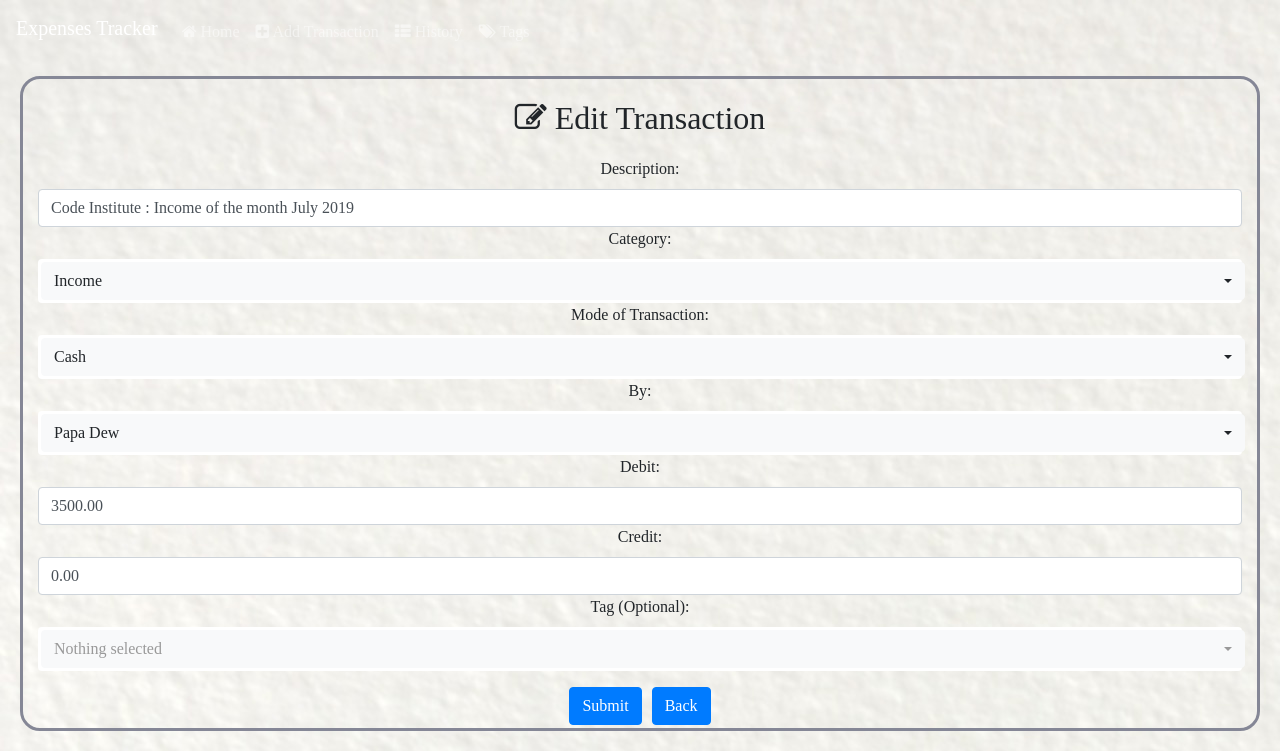
Repository: yucheng91/CI3-expenses-manager
Page: http://localhost/view-all/edit/1
The author's editor kept a record of every edit. The page is drawn from the files as they stood at one moment, then again after the next edit.
The browser window is 1280 px wide. The pictures show the whole page.
Some web fonts or font styles are not loaded; a fallback is used. Some web libraries are served in a nearby version. The page is served by the project's application, run on Flask 3 (app.py). The database holds what the project's SQL file puts in it.

Above is the page before.

### templates/edit_transaction.html
<!doctype html>
<html lang="en">

<head>
  <!-- Required meta tags -->
  <meta charset="utf-8">
  <meta name="viewport" content="width=device-width, initial-scale=1, shrink-to-fit=no">

  <!-- Bootstrap CSS -->
  <link rel="stylesheet" href="https://stackpath.bootstrapcdn.com/bootstrap/4.3.1/css/bootstrap.min.css" integrity="sha384-ggOyR0iXCbMQv3Xipma34MD+dH/1fQ784/j6cY/iJTQUOhcWr7x9JvoRxT2MZw1T" crossorigin="anonymous">
  <!-- Latest compiled and minified CSS -->
  <link rel="stylesheet" href="https://cdnjs.cloudflare.com/ajax/libs/font-awesome/4.7.0/css/font-awesome.css">
  <link rel="stylesheet" href="https://cdn.jsdelivr.net/npm/bootstrap-select@1.13.10/dist/css/bootstrap-select.min.css">
  <link rel="stylesheet" href="{{ url_for('static', filename='css/style.css') }}">
  <link rel='shortcut icon' href="{{ url_for('static', filename='favicon_io/favicon.ico') }}" type='image/x-icon' />
  <link href="https://fonts.googleapis.com/css?family=Gaegu&display=swap" rel="stylesheet">

  <title>Hello, world!</title>
</head>

<body>
    <!--nav bar-->
    <nav class="navbar navbar-expand-sm navbar-dark fixed-top">
    <h1 class="navbar-brand">Expenses Tracker</h1>
  <button class="navbar-toggler" type="button" data-toggle="collapse" data-target="#navbarNav" aria-controls="navbarNav" aria-expanded="false" aria-label="Toggle navigation">
    <span class="navbar-toggler-icon"></span>
  </button>
  <div class="collapse navbar-collapse" id="navbarNav">
    <ul class="navbar-nav">
      <li class="nav-item">
        <a class="nav-link" href="{{ url_for('home') }}"><i class="fa fa-home" aria-hidden="true"></i> Home</a>
      </li>
      <li class="nav-item">
        <a class="nav-link" href="{{ url_for('addtransaction') }}"><i class="fa fa-plus-square" aria-hidden="true"></i> Add Transaction</a>
      </li>
      <li class="nav-item">
        <a class="nav-link" href="{{ url_for('viewall') }}"><i class="fa fa-th-list" aria-hidden="true"></i> History</a>
      </li>
      <li class="nav-item">
        <a class="nav-link" href="{{ url_for('tags') }}"><i class="fa fa-tags" aria-hidden="true"></i> Tags</a>
      </li>
    </ul>
  </div>
    </nav>
    <!--end nav-->

    <div id ="content">
  <div class="container-fluid">
    <div class="row">
      <div class="col">
          <div class="text-center header">
            <h1 class="h2 mb-0"><i class="fa fa-pencil-square-o" aria-hidden="true"></i> Edit Transaction</h1>
          </div>
      </div>
    </div>
    <div class="row">
      <div class="col">
    <form method='POST'>
      <class='form-group'>
        <label class='label'>
                      Description:
                  </label>
        <input type='text' class='form-control' name='transaction' value="{{ transaction['description'] }}">
        <label class='label'>
                      Category:
                  </label>
        <select name='category' class='form-control selectpicker' data-live-search="true">
                          {%for d in categories%}
                          <option value='{{ d['id'] }}' {%if d['id'] == transaction.categoriesid %} selected='selected'{%endif%}>{{ d['name'] }}</option>
                               {%endfor%}
                      </select>
        <label class='label'>
                      Mode of Transaction:
                  </label>
        <select name='mode' class='form-control selectpicker' data-live-search="true" value="{{ transaction['modeid'] }}">
                  {%for d in mode %}
                  <option value='{{ d['id'] }}' {%if d['id'] == transaction.modeid %} selected='selected'{%endif%}>{{ d['name'] }}</option>
                       {%endfor%}
              </select>
        <label class='label'>
                      By:
                  </label>
        <select name='by' class='form-control selectpicker' data-live-search="true" value="{{ transaction['accountid'] }}">
                  {%for d in account %}
                  <option value='{{ d['id'] }}' {%if d['id'] == transaction.accountid %} selected='selected'{%endif%}>{{ d['name'] }}</option>
                       {%endfor%}
              </select>
        <label class='label'>
                      Debit:
                  </label>
        <input type='number' step="0.01" class='form-control' name='debit' value="{{ transaction['debit'] }}" placeholder="Numbers only">
        </class>
        <label class='label'>
                      Credit:
                  </label>
        <input type='number' step="0.01" class='form-control' name='credit' value="{{ transaction['credit'] }}" placeholder="Numbers only">
        </class>
        <label class='tag'>
                      Tag (Optional):
                  </label>
        <select name='tag' class='form-control selectpicker' Multiple data-live-search="true">
                  {%for d in tag %}
                  <option value='{{ d['id'] }}' {%if d['id'] == id %}selected='selected'{%endif%}>{{ d['name'] }}</option>
                       {%endfor%}
              </select>
        <input type='submit' class='btn btn-primary mt-3'>
        <a class='btn btn-primary mt-3' href='{{url_for('viewall')}}'>Back</a>
    </form>
    </div>
    </div>
  </div>
</div>

  <!-- Optional JavaScript -->
  <!-- jQuery first, then Popper.js, then Bootstrap JS -->
  <script src="https://cdn.jsdelivr.net/npm/chart.js@2.8.0"></script>
  <script src="https://code.jquery.com/jquery-3.3.1.slim.min.js" integrity="sha384-q8i/X+965DzO0rT7abK41JStQIAqVgRVzpbzo5smXKp4YfRvH+8abtTE1Pi6jizo" crossorigin="anonymous"></script>
  <script src="https://cdnjs.cloudflare.com/ajax/libs/popper.js/1.14.7/umd/popper.min.js" integrity="sha384-UO2eT0CpHqdSJQ6hJty5KVphtPhzWj9WO1clHTMGa3JDZwrnQq4sF86dIHNDz0W1" crossorigin="anonymous"></script>
  <script src="https://stackpath.bootstrapcdn.com/bootstrap/4.3.1/js/bootstrap.min.js" integrity="sha384-JjSmVgyd0p3pXB1rRibZUAYoIIy6OrQ6VrjIEaFf/nJGzIxFDsf4x0xIM+B07jRM" crossorigin="anonymous"></script>
  <!-- Latest compiled and minified JavaScript -->
  <script src="https://cdn.jsdelivr.net/npm/bootstrap-select@1.13.10/dist/js/bootstrap-select.min.js"></script>
</body>

</html>

### app.py
from flask import Flask, render_template, request, redirect, url_for
import os
import pymysql

connection = pymysql.connect(
    host='localhost', # IP address of the database; localhost means "the local machine"
    user="yucheng91",  #the mysql user
    password="coconuty", #the password for the user
    database="expenses" #the name of database we want to use
)

#if PHP doesn't show, perform $ sudo apt-get install --reinstall libapache2-mod-php7.2

app = Flask(__name__)

@app.route('/home')
def home():
    cursor = connection.cursor(pymysql.cursors.DictCursor)
    sql = "SELECT SUM(debit) AS totaldebit FROM transaction"
    cursor.execute(sql)
    totaldebit = cursor.fetchone()

    sql = "SELECT SUM(credit) AS totalcredit FROM transaction"
    cursor.execute(sql)
    totalcredit = cursor.fetchone()

    sql = "SELECT (SELECT SUM(debit) AS sumdebit FROM transaction) - (SELECT SUM(credit) AS sumcredit FROM transaction) AS balance FROM transaction"
    cursor.execute(sql)
    balance = cursor.fetchone()

    cursor = connection.cursor(pymysql.cursors.DictCursor)
    sql = "SELECT aname AS name1 FROM account WHERE id = 1"
    cursor.execute(sql)
    name1 = cursor.fetchone()

    cursor = connection.cursor(pymysql.cursors.DictCursor)
    sql = "SELECT aname AS name2 FROM account WHERE id = 2"
    cursor.execute(sql)
    name2 = cursor.fetchone()

    cursor = connection.cursor(pymysql.cursors.DictCursor)
    sql = "SELECT aname AS name3 FROM account WHERE id = 3"
    cursor.execute(sql)
    name3 = cursor.fetchone()

    cursor = connection.cursor(pymysql.cursors.DictCursor)
    sql = "SELECT SUM(debit) AS debit1 FROM transaction WHERE accountid = 1"
    cursor.execute(sql)
    debit1 = cursor.fetchone()

    cursor = connection.cursor(pymysql.cursors.DictCursor)
    sql = "SELECT SUM(debit) AS debit2 FROM transaction WHERE accountid = 2"
    cursor.execute(sql)
    debit2 = cursor.fetchone()

    cursor = connection.cursor(pymysql.cursors.DictCursor)
    sql = "SELECT SUM(debit) AS debit3 FROM transaction WHERE accountid = 3"
    cursor.execute(sql)
    debit3 = cursor.fetchone()

    cursor = connection.cursor(pymysql.cursors.DictCursor)
    sql = "SELECT SUM(credit) AS credit1 FROM transaction WHERE accountid = 1"
    cursor.execute(sql)
    credit1 = cursor.fetchone()

    cursor = connection.cursor(pymysql.cursors.DictCursor)
    sql = "SELECT SUM(credit) AS credit2 FROM transaction WHERE accountid = 2"
    cursor.execute(sql)
    credit2 = cursor.fetchone()

    cursor = connection.cursor(pymysql.cursors.DictCursor)
    sql = "SELECT SUM(credit) AS credit3 FROM transaction WHERE accountid = 3"
    cursor.execute(sql)
    credit3 = cursor.fetchone()

    return render_template('index.html',totaldebit = totaldebit, totalcredit = totalcredit,balance=balance,debit1 = debit1,debit2 = debit2,debit3 = debit3,credit1=credit1,credit2=credit2,credit3=credit3, name1=name1, name2=name2, name3=name3)

@app.route('/view-all')
def viewall():
    cursor = connection.cursor(pymysql.cursors.DictCursor)
    sql = "SELECT * FROM transaction JOIN categories ON transaction.categoriesid = categories.id JOIN mode ON transaction.modeid = mode.id JOIN account on transaction.accountid = account.id ORDER BY transaction.id"
    cursor.execute(sql)
    results = []
    for r in cursor:
         results.append(r)

    return render_template('transaction_overview.html', data=results)

@app.route('/new-transaction/', methods=["GET"])
def addtransaction():

    cursor = connection.cursor(pymysql.cursors.DictCursor)
    sql = "SELECT * FROM mode"
    # fetch all genres and store it in a list
    cursor.execute(sql)
    mode = []
    for r in cursor:
        mode.append({
            'id' : r['id'],
            'name': r['mname']
        })

    # fetch all media type and store it in a list
    sql = "SELECT * FROM categories"
    cursor.execute(sql)
    categories = []
    for r in cursor:
        categories.append({
            'id':r['id'],
            'name': r['cname']
        })

    # fetch all media type and store it in a list
    sql = "SELECT * FROM account"
    cursor.execute(sql)
    account = []
    for r in cursor:
        account.append({
            'id':r['id'],
            'name': r['aname']
        })

    sql = "SELECT * FROM tag"
    cursor.execute(sql)
    tag = []
    for r in cursor:
        tag.append({
            'id':r['id'],
            'name': r['tname']
        })

    return render_template('new_transaction.html', mode=mode, categories=categories, account=account, tag=tag)

@app.route('/new-transaction/', methods=["POST"])
def process_addtransaction():
    transaction_name = request.form.get("transaction")
    category_name = request.form.get("category")
    mode_name = request.form.get("mode")
    by_name = request.form.get("by")

    debit_name = request.form.get("debit")
    if debit_name == "":
        debit_name = 0

    credit_name = request.form.get("credit")
    if credit_name == "":
        credit_name = 0

    cursor = connection.cursor(pymysql.cursors.DictCursor)

    sql = "INSERT INTO transaction (description,categoriesid,modeid,accountid,debit,credit) VALUE (%s,%s,%s,%s,%s,%s)"
    cursor.execute(sql,[transaction_name,category_name,mode_name,by_name,debit_name,credit_name])

    transactionid = cursor.lastrowid
    tagid = request.form.getlist("tag")
    for t in tagid:
        sql = "INSERT INTO transactiontag (transactionid,tagid) VALUE (%s,%s)"
        cursor.execute(sql,[transactionid,t])

    connection.commit()
    return redirect(url_for('viewall'))

# Edit transaction
@app.route('/view-all/edit/<id>')
def edit_transaction(id):

    cursor = connection.cursor(pymysql.cursors.DictCursor)
    sql = "SELECT * FROM transaction WHERE id = {}".format(id)
    cursor.execute(sql)
    transaction = cursor.fetchone()

    sql = "DELETE FROM transactiontag WHERE transactiontag.transactionid = {}".format(id)
    cursor.execute(sql)

    sql = "SELECT * FROM mode"
    cursor.execute(sql)
    mode = []
    for r in cursor:
        mode.append({
            'id' : r['id'],
            'name': r['mname']
        })

    sql = "SELECT * FROM categories"
    cursor.execute(sql)
    categories = []
    for r in cursor:
        categories.append({
            'id':r['id'],
            'name': r['cname']
        })

    sql = "SELECT * FROM account"
    cursor.execute(sql)
    account = []
    for r in cursor:
        account.append({
            'id':r['id'],
            'name': r['aname']
        })

    sql = "SELECT * FROM tag"
    cursor.execute(sql)
    tag = []
    for r in cursor:
        tag.append({
            'id':r['id'],
            'name': r['tname']
        })

    return render_template('edit_transaction.html', transaction = transaction, mode=mode, categories=categories, account=account, tag=tag)

@app.route('/view-all/edit/<id>', methods=['POST'])
def update_transaction(id):
    transaction_name = request.form.get("transaction")
    category_name = request.form.get("category")
    mode_name = request.form.get("mode")
    by_name = request.form.get("by")

    debit_name = request.form.get("debit")
    if debit_name == "":
        debit_name = 0

    credit_name = request.form.get("credit")
    if credit_name == "":
        credit_name = 0

    cursor = connection.cursor(pymysql.cursors.DictCursor)

    cursor.execute("UPDATE transaction SET description = '{}',categoriesid = '{}',modeid = '{}',accountid = '{}',debit = '{}',credit = '{}' WHERE id = {}".format(transaction_name,category_name,mode_name,by_name,debit_name,credit_name,id))

    tagid = request.form.getlist("tag")
    for t in tagid:
        sql = "INSERT INTO transactiontag (transactionid,tagid) VALUE (%s,%s)"
        cursor.execute(sql,[id,t])

    connection.commit()
    return redirect(url_for('viewall'))

@app.route('/view-all/delete/<id>')
def confirm_delete_transaction(id):
    cursor = connection.cursor(pymysql.cursors.DictCursor)
    sql = "SELECT * FROM transaction JOIN categories ON transaction.categoriesid = categories.id JOIN mode ON transaction.modeid = mode.id JOIN account on transaction.accountid = account.id WHERE transaction.id = {}".format(id)
    cursor.execute(sql)
    transaction = cursor.fetchone()

    return render_template('delete_transaction.html', transaction = transaction)

@app.route('/view-all/delete/<id>', methods=['POST'])
def delete_transaction(id):
    cursor = connection.cursor(pymysql.cursors.DictCursor)
    sql = "DELETE FROM transactiontag WHERE transactiontag.transactionid = {}".format(id)
    cursor.execute(sql)

    sql = "DELETE FROM transaction WHERE transaction.id = {}".format(id)
    cursor.execute(sql)

    connection.commit()
    return redirect(url_for('viewall'))

@app.route('/tags',methods=['GET'])
def tags():
    cursor = connection.cursor(pymysql.cursors.DictCursor)

    sql = "SELECT * FROM tag"
    cursor.execute(sql)
    tag = []
    for r in cursor:
        tag.append({
            'id':r['id'],
            'name': r['tname']
        })

    tagid = request.args.get('tag')
    if tagid == None:
        tagid = 0

    sql = "SELECT * FROM tag JOIN transactiontag ON tag.id = transactiontag.tagid JOIN transaction ON transactiontag.transactionid = transaction.id JOIN categories ON categories.id = transaction.categoriesid JOIN mode ON mode.id = transaction.modeid JOIN account ON account.id = transaction.accountid WHERE tagid={}".format(tagid)
    cursor.execute(sql)
    results = []
    for r in cursor:
         results.append(r)

    sql ="SELECT * FROM tag WHERE id={}".format(tagid)
    cursor.execute(sql)
    currenttag = cursor.fetchone()

    return render_template('searchtags.html', tag=tag, data=results, currenttag = currenttag)

# "magic code" -- boilerplate
if __name__ == '__main__':
    app.run(host=os.environ.get('IP'),
            port=int(os.environ.get('PORT')),
            debug=True)

### static/css/style.css
body {
    background-image: url("../images/paper.jpg");
    font-family: 'Gaegu', cursive;
}

img {
    width: 75%;
    margin-left: auto;
    margin-right: auto;
}

#content {
    /*padding-top:56px;*/
    border: 3px solid rgb(133,135,150);
    border-radius: 20px;
    margin: 76px 20px 20px 20px;
}

#content-v {
    /*padding-top:56px;*/
    border: 3px solid rgb(133,135,150);
    border-radius: 20px;
    margin: 76px 5px 5px 5px;
    overflow-x: auto;
}

.btn {
    margin: 3px;
}

.header {
    padding: 20px;
}

form {
    text-align:center;
}

.button {
    text-align:center;
}

.dialogue p {
    padding:5px;
    border:3px solid rgb(133,135,150);
    border-radius: 20px;
}

h4 {
    text-align:center;
}

@media (max-width: 851px) {

    .hidden {
        display: None;
    }

    body {
        font-size: 90%;
    }

    .btn {
        font-size: 90%;
        padding: 3px;
    }

    #content {
        padding-top: 56px;
        margin: 0;
        border: 0;
    }

    #content-v {
        padding-top: 56px;
        overflow-x: auto;
        margin: 0;
        border: 0;
    }

}

@media (max-width: 411px) {
    body {
        font-size: 90%;
    }
}

@media (max-width: 255px) {

    #content {
        padding-top: 96px;
    }

    body {
        font-size: 80%;
    }
}

### database.sql (the tables this page reads)
CREATE TABLE `account` (
  `id` int(3) NOT NULL AUTO_INCREMENT,
  `aname` varchar(55) NOT NULL,
  `description` text NOT NULL,
  `createdAt` timestamp NOT NULL DEFAULT CURRENT_TIMESTAMP ON UPDATE CURRENT_TIMESTAMP,
  PRIMARY KEY (`id`)
) ENGINE=InnoDB AUTO_INCREMENT=4 DEFAULT CHARSET=latin1;

INSERT INTO `account` VALUES (1,'Papa Dew','Father of Dew\'s Family','2019-08-02 04:35:32'),(2,'Mama Dew','Mother of Dew\'s Family','2019-08-02 04:56:52'),(3,'Brother Dew','Brother of Dew\'s Family','2019-08-02 04:56:30');

CREATE TABLE `categories` (
  `id` int(3) NOT NULL AUTO_INCREMENT,
  `cname` varchar(55) CHARACTER SET utf8 NOT NULL,
  `description` text NOT NULL,
  `createdAt` timestamp NOT NULL DEFAULT CURRENT_TIMESTAMP ON UPDATE CURRENT_TIMESTAMP,
  PRIMARY KEY (`id`)
) ENGINE=InnoDB AUTO_INCREMENT=10 DEFAULT CHARSET=latin1;

INSERT INTO `categories` VALUES (1,'Personal','Personal private expenses','2019-08-02 04:57:58'),(2,'House','Housing expenses','2019-08-02 04:57:58'),(3,'Food','Daily food expenses','2019-08-02 05:00:07'),(4,'Transport','Transportation expenses','2019-08-02 05:00:07'),(5,'Clothing','Clothing expenses','2019-08-02 05:00:07'),(6,'Fun','Entertainment expenses (such as movie, musical, theme park)','2019-08-02 05:00:07'),(7,'Family','Family expenses','2019-08-02 05:00:07'),(8,'Misc','For everything else','2019-08-02 05:00:07'),(9,'Income','Monthly income','2019-08-02 05:00:35');

CREATE TABLE `mode` (
  `id` int(3) NOT NULL AUTO_INCREMENT,
  `mname` varchar(55) NOT NULL,
  `createdAt` timestamp NOT NULL DEFAULT CURRENT_TIMESTAMP ON UPDATE CURRENT_TIMESTAMP,
  PRIMARY KEY (`id`)
) ENGINE=InnoDB AUTO_INCREMENT=7 DEFAULT CHARSET=latin1;

INSERT INTO `mode` VALUES (1,'Cash','2019-08-02 05:02:32'),(2,'Debit Card','2019-08-02 05:02:32'),(3,'Credit Card','2019-08-02 05:02:32'),(4,'Mobile (PayNow/Paylah)','2019-08-02 05:02:32'),(5,'Bank','2019-08-05 03:29:46'),(6,'Others','2019-08-26 08:38:17');

CREATE TABLE `tag` (
  `id` int(11) NOT NULL AUTO_INCREMENT,
  `tname` varchar(30) CHARACTER SET utf8 NOT NULL,
  PRIMARY KEY (`id`)
) ENGINE=InnoDB AUTO_INCREMENT=15 DEFAULT CHARSET=latin1;

INSERT INTO `tag` VALUES (1,'FairPrice '),(2,'Sheng Siong'),(3,'Giant'),(4,'Capitaland'),(5,'Insurance'),(6,'Taxi'),(7,'Restaurant'),(8,'Phone Bill'),(9,'Utilities Bill'),(10,'Grocery'),(11,'Airfare'),(12,'Hotel'),(13,'School'),(14,'Stationary');

CREATE TABLE `transaction` (
  `id` int(11) NOT NULL AUTO_INCREMENT,
  `description` text CHARACTER SET utf8 NOT NULL,
  `debit` decimal(11,2) DEFAULT '0.00',
  `credit` decimal(11,2) DEFAULT '0.00',
  `createdAt` timestamp NOT NULL DEFAULT CURRENT_TIMESTAMP ON UPDATE CURRENT_TIMESTAMP,
  `accountid` int(11) NOT NULL,
  `categoriesid` int(11) NOT NULL,
  `modeid` int(11) NOT NULL,
  PRIMARY KEY (`id`),
  KEY `accountid` (`accountid`),
  KEY `categoriesid` (`categoriesid`),
  KEY `modeid` (`modeid`),
  CONSTRAINT `transaction_ibfk_1` FOREIGN KEY (`accountid`) REFERENCES `account` (`id`),
  CONSTRAINT `transaction_ibfk_2` FOREIGN KEY (`categoriesid`) REFERENCES `categories` (`id`),
  CONSTRAINT `transaction_ibfk_3` FOREIGN KEY (`modeid`) REFERENCES `mode` (`id`)
) ENGINE=InnoDB AUTO_INCREMENT=19 DEFAULT CHARSET=latin1;

INSERT INTO `transaction` VALUES (1,'Code Institute : Income of the month July 2019',3500.00,0.00,'2019-08-22 07:41:18',1,9,1),(2,'SIM HQ Income of the Month : July 2019',3500.00,0.00,'2019-08-05 04:13:11',2,9,5),(3,'Taxi Taxi',0.00,40.00,'2019-08-23 05:56:58',1,4,3),(13,'Lunch Money for Brother\'s Dew school',0.00,40.00,'2019-08-20 08:15:28',1,3,1),(14,'RWS Day trip',0.00,154.00,'2019-08-20 08:17:02',2,7,3),(15,'New backpack',0.00,0.00,'2019-08-26 07:39:22',1,1,1),(16,'Test tag 1',0.00,10.00,'2019-08-27 06:24:42',1,1,1),(17,'test tag 2',0.00,20.00,'2019-08-27 06:24:58',1,1,1),(18,'test 1 + 2 ',0.00,0.00,'2019-08-27 06:55:37',2,7,3);

After the next edit:
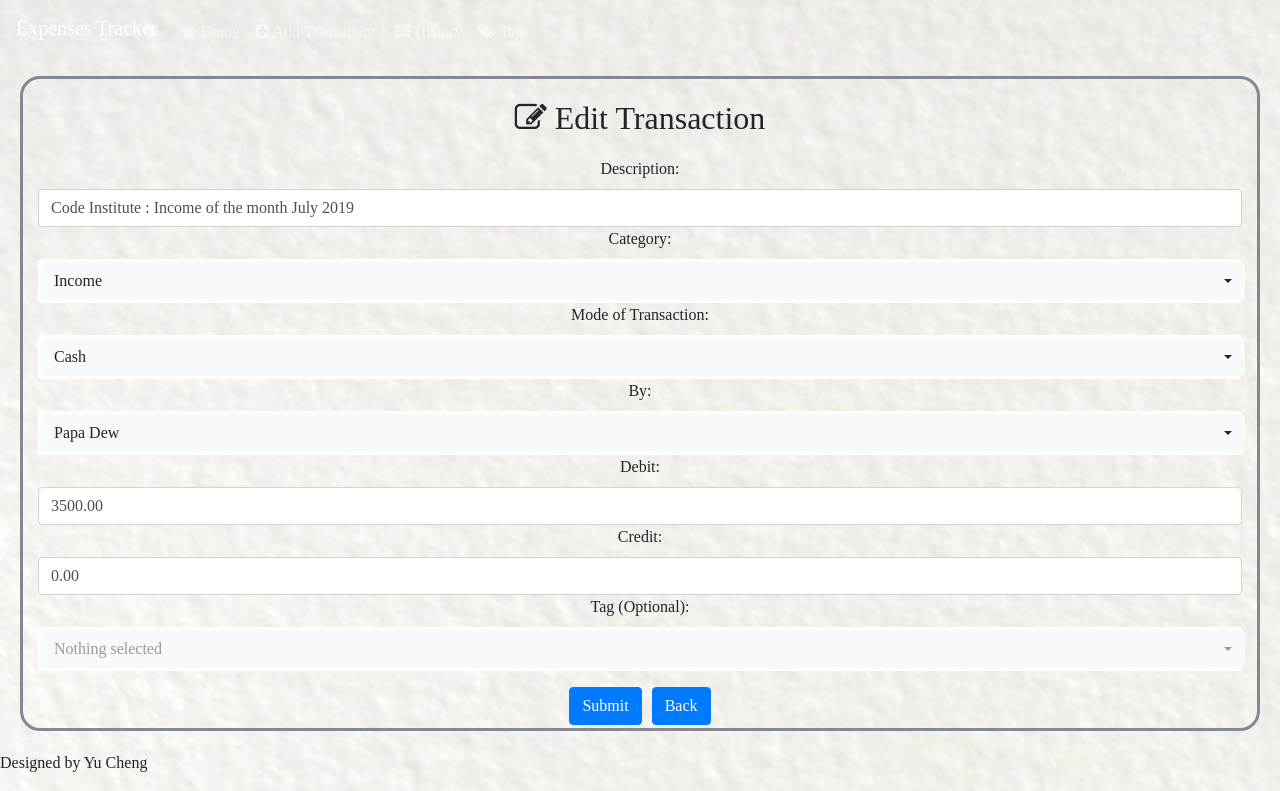
The edit:
--- a/templates/edit_transaction.html
+++ b/templates/edit_transaction.html
@@ -111,6 +111,10 @@
   </div>
 </div>
 
+  <footer>
+    <p>Designed by Yu Cheng</p>
+  </footer>
+
   <!-- Optional JavaScript -->
   <!-- jQuery first, then Popper.js, then Bootstrap JS -->
   <script src="https://cdn.jsdelivr.net/npm/chart.js@2.8.0"></script>
